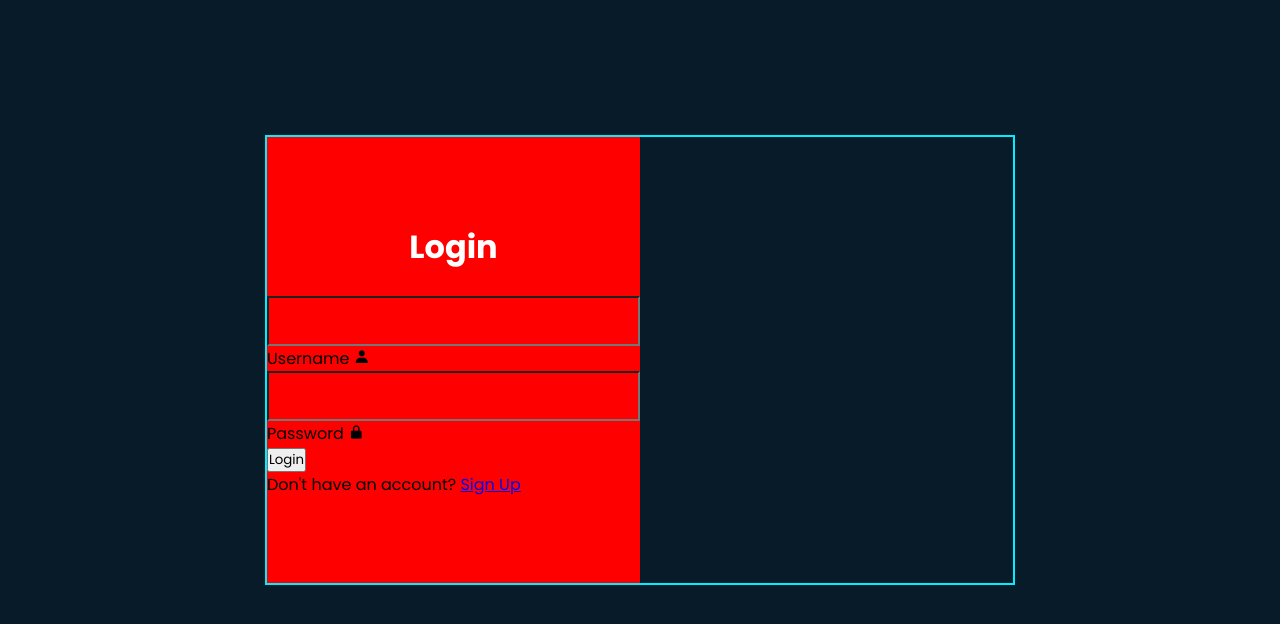
Repository: swastikjhacoder/Login-Registration-HTML
Page: index.html
An editor plug-in stored every save of this project. The page is shown before and after a run of saves, followed by the edit.
The browser window is 1280 px wide. The pictures show the whole page.

Above is the page before, as saved 2023-09-18 14:30:43.
Not found: js/toastify.js

### index.html
<!DOCTYPE html>
<html lang="en">
  <head>
    <meta charset="UTF-8" />
    <meta http-equiv="X-UA-Compatible" content="IE=edge" />
    <meta name="viewport" content="width=device-width, initial-scale=1.0" />
    <title>Login</title>
    <link rel="shortcut icon" href="./images/favicon.png" />
    <link rel="stylesheet" href="style.css" />
    <link href='https://unpkg.com/boxicons@2.1.4/css/boxicons.min.css' rel='stylesheet'>
    <script src="./js/toastify.js"></script>
  </head>
  <body>
    <div class="wrapper">
        <div class="form-box login">
            <h2>Login</h2>
            <form action="#">
                <div class="input-box">
                    <input type="text" required/>
                    <label>Username</label>
                    <i class='bx bxs-user'></i>
                </div>
                <div class="input-box">
                    <input type="password" required/>
                    <label>Password</label>
                    <i class='bx bxs-lock-alt' ></i>
                </div>
                <button type="submit" class="btn">Login</button>
                <div class="logreg-link">
                    <p>Don't have an account? <a href="#" class="register-link">Sign Up</a></p>
                </div>
            </form>
        </div>
    </div>

  </body>
</html>

### style.css
@import url('https://fonts.googleapis.com/css2?family=Poppins:ital,wght@0,100;0,200;0,300;0,400;0,500;0,600;0,700;0,800;0,900;1,400&display=swap');

* {
    margin: 0;
    padding: 0;
    box-sizing: border-box;
    font-family: 'Poppins', sans-serif;
}

body {
    display: flex;
    justify-content: center;
    align-items: center;
    min-height: 100vh;
    background: #081b29;
}

.wrapper {
    position: relative;
    width: 750px;
    height: 450px;
    background: transparent;
    border: 2px solid #0ef;
}

.wrapper .form-box {
    position: absolute;
    top: 0;
    width: 50%;
    height: 100%;
    background: red;
    display: flex;
    flex-direction: column;
    justify-content: center;
}

.form-box h2 {
    font-size: 32px;
    color: #fff;
    text-align: center;
}

.form-box .input-box {
    position: relative;
    width: 100%;
    height: 50px;
    margin: 25px 0;
}

.input-box input {
    width: 100%;
    height: 100%;
    background: transparent;
}

After the next 3 saves:
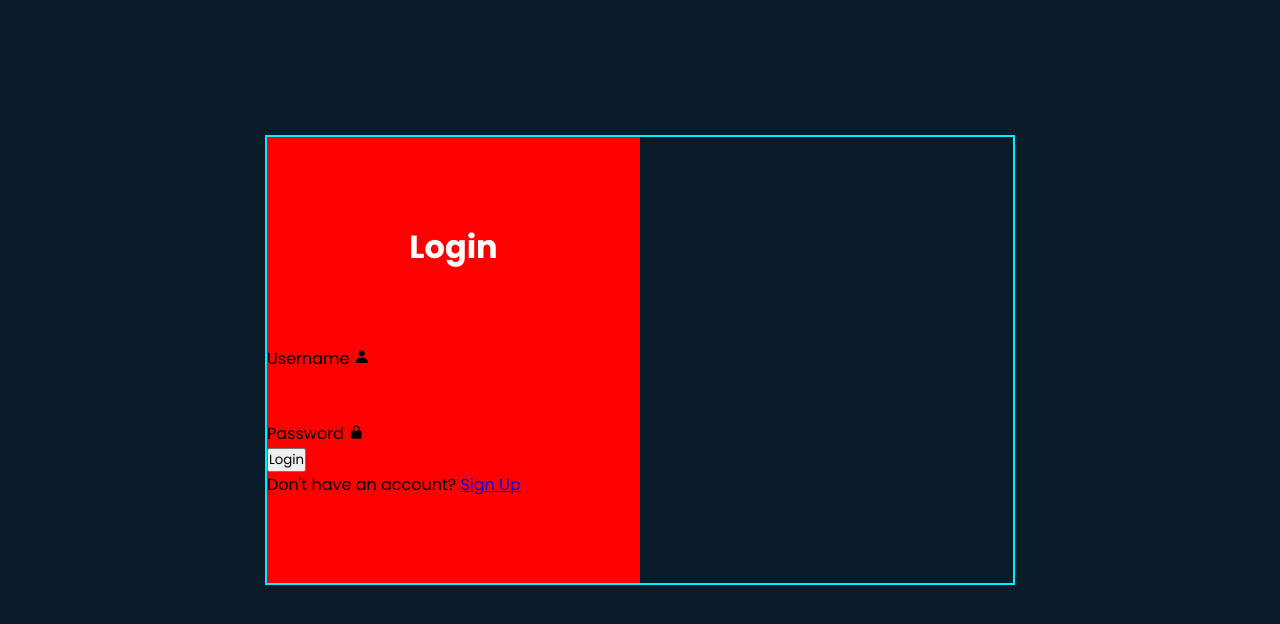
The 3 saves are shown as one change because they came seconds apart.
The last was saved 26 s later.
--- a/style.css
+++ b/style.css
@@ -51,4 +51,5 @@ body {
     width: 100%;
     height: 100%;
     background: transparent;
+    border: none
 }
